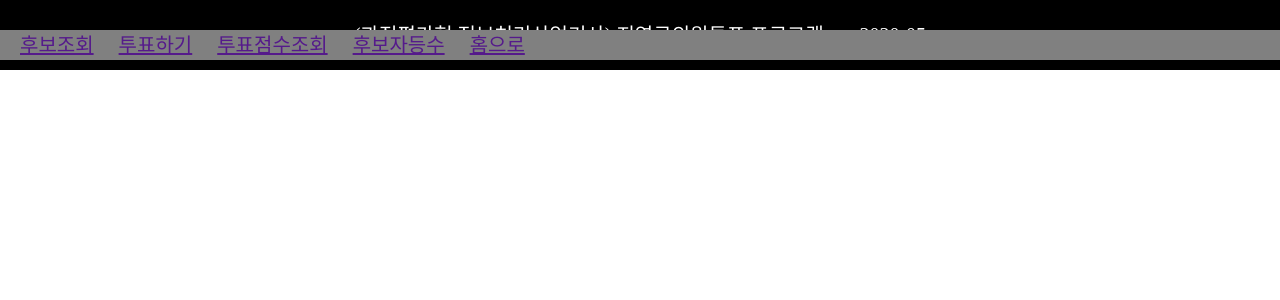
Repository: alsco727/JSP
Page: http://localhost/HRD_2207/header.jsp
An editor plug-in stored every save of this project. The page is shown before and after the next save, followed by the edit.
The browser window is 1280 px wide. The pictures show the whole page.
The page is served by Tomcat 9. Other server files are loaded and not shown.

Above is the page before, as saved 2022-08-29 08:20:52.

### information_Processing/JSP과제4/HRD_2207/src/main/webapp/header.jsp
<%@ page language="java" contentType="text/html; charset=UTF-8"
    pageEncoding="UTF-8"%>
<!DOCTYPE html>
<html>
<head>
<meta charset="UTF-8">
<title>header</title>
</head>
<body>
<header style="position:fixed; top:0px; left:0px; width:100%; height:70px; line-height:70px; text-align:center; background-color:black; color:white; font-size:20px">(과정평가형 정보처리산업기사) 지역구의원투표 프로그램 ver 2020-05</header>

<nav style="position:fixed; top:30px; left:0px; width:100%; height:30px; line-height:30px; background-color:gray; color:white; font-size:20px; padding-left:20px">
<a href="">후보조회</a> &nbsp; &nbsp;
<a href="">투표하기</a> &nbsp; &nbsp;
<a href="">투표점수조회</a> &nbsp; &nbsp;
<a href="">후보자등수</a> &nbsp; &nbsp;
<a href="">홈으로</a> &nbsp; &nbsp;
</nav>
</body>
</html>

After the next save:
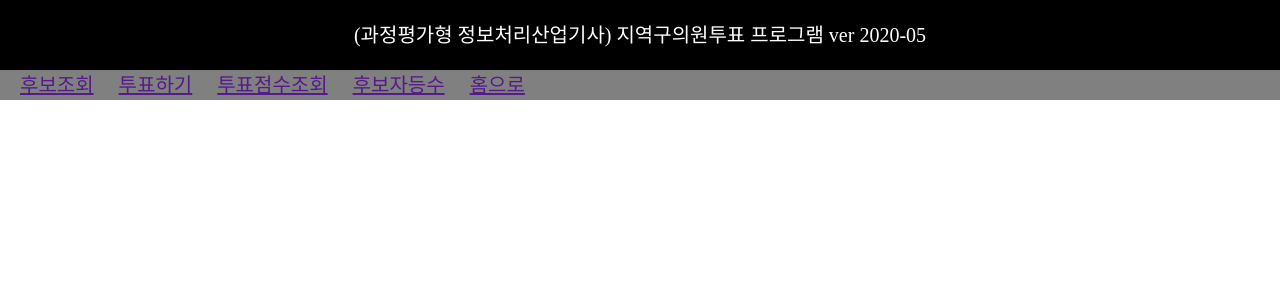
Saved 11 s later.
--- a/information_Processing/JSP과제4/HRD_2207/src/main/webapp/header.jsp
+++ b/information_Processing/JSP과제4/HRD_2207/src/main/webapp/header.jsp
@@ -9,7 +9,7 @@
 <body>
 <header style="position:fixed; top:0px; left:0px; width:100%; height:70px; line-height:70px; text-align:center; background-color:black; color:white; font-size:20px">(과정평가형 정보처리산업기사) 지역구의원투표 프로그램 ver 2020-05</header>
 
-<nav style="position:fixed; top:30px; left:0px; width:100%; height:30px; line-height:30px; background-color:gray; color:white; font-size:20px; padding-left:20px">
+<nav style="position:fixed; top:70px; left:0px; width:100%; height:30px; line-height:30px; background-color:gray; color:white; font-size:20px; padding-left:20px">
 <a href="">후보조회</a> &nbsp; &nbsp;
 <a href="">투표하기</a> &nbsp; &nbsp;
 <a href="">투표점수조회</a> &nbsp; &nbsp;
